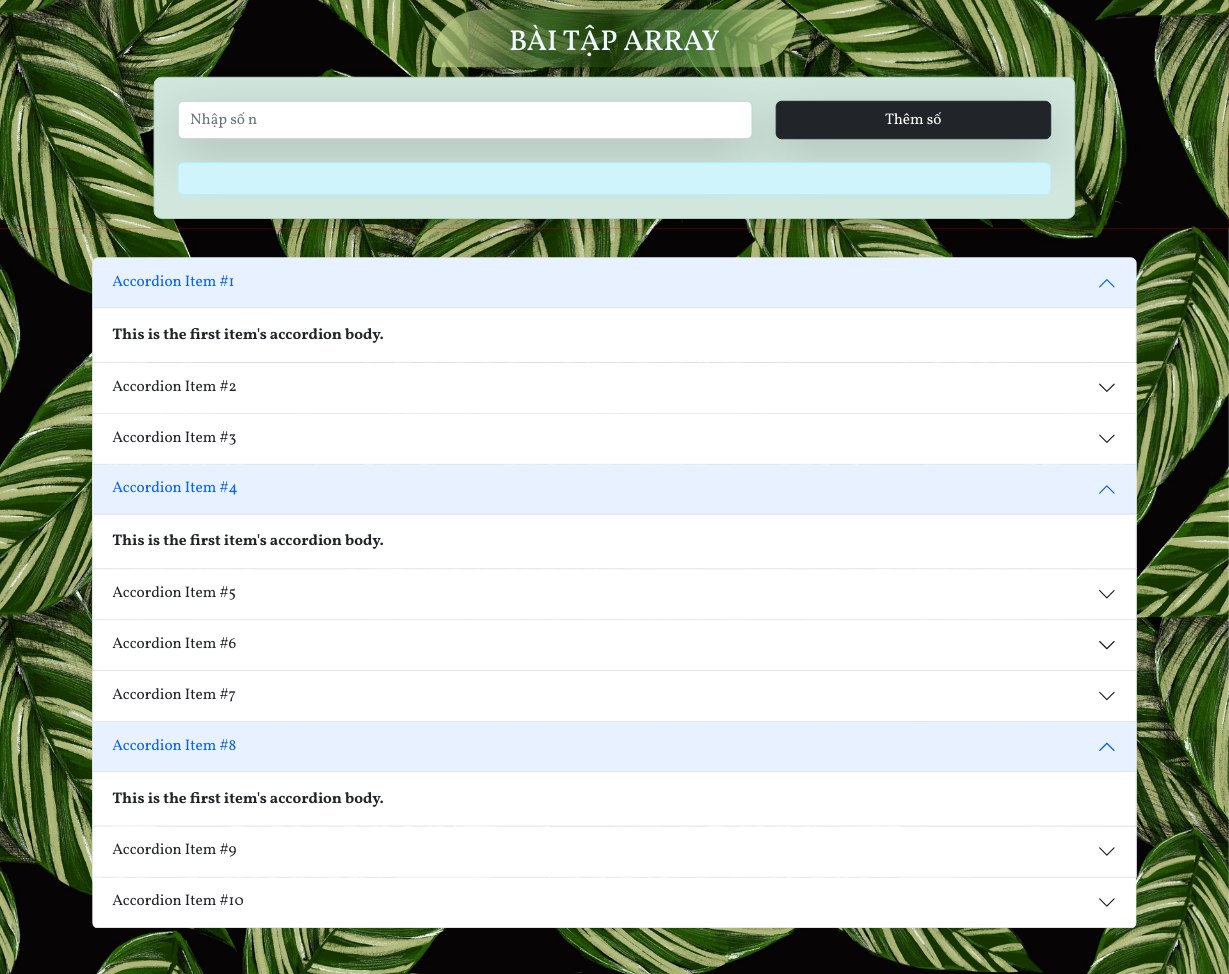
Repository: hcozyph/TranHuuPhuoc_BC43_BT_JS_Buoi7_8_ARRAY
Page: index.html
An editor plug-in stored every save of this project. The page is shown before and after the next save, followed by the edit.
The browser window is 1280 px wide. The pictures show the whole page, at 96% of full size.
Backgrounds fixed to the window are drawn as part of the page.

Above is the page before, as saved 2023-02-22 17:11:08.

### index.html
<!DOCTYPE html>
<html lang="en">
    <head>
        <title>BT Array</title>
        <!-- Required meta tags -->
        <meta charset="utf-8" />
        <meta
            name="viewport"
            content="width=device-width, initial-scale=1, shrink-to-fit=no"
        />
        <!-- font -->
        <link rel="preconnect" href="https://fonts.googleapis.com" />
        <link rel="preconnect" href="https://fonts.gstatic.com" crossorigin />
        <link
            href="https://fonts.googleapis.com/css2?family=Fraunces:ital,opsz,wght@0,9..144,600;0,9..144,700;1,9..144,300;1,9..144,400;1,9..144,500;1,9..144,600;1,9..144,700;1,9..144,800&family=Vollkorn:ital,wght@0,400;0,500;0,600;0,700;0,800;0,900;1,400;1,500;1,600;1,700;1,800;1,900&display=swap"
            rel="stylesheet"
        />
        <!-- Bootstrap CSS v5.2.1 -->
        <link
            href="https://cdn.jsdelivr.net/npm/bootstrap@5.2.1/dist/css/bootstrap.min.css"
            rel="stylesheet"
            integrity="sha384-iYQeCzEYFbKjA/T2uDLTpkwGzCiq6soy8tYaI1GyVh/UjpbCx/TYkiZhlZB6+fzT"
            crossorigin="anonymous"
        />

        <!-- index.css -->
        <link rel="stylesheet" href="./css/index.css" />
    </head>

    <body>
        <div class="container">
            <div class="bt-array-top">
                <div class="bt-array-title pt-2 shadow-lg">
                    <h1
                        class="text-center shadow-lg p-2"
                        ;
                        style="font-size: 30px"
                    >
                        BÀI TẬP ARRAY
                    </h1>
                </div>

                <div
                    id="mainArray"
                    class="alert alert-success rounded-3 shadow p-4"
                    style="margin: 10px auto; width: 75%"
                >
                    <div class="row row-cols-3">
                        <div class="col-8">
                            <input
                                id="user-input"
                                type="number"
                                class="form-control shadow-lg py-2"
                                placeholder="Nhập số n"
                                style="height: 100%"
                            />
                        </div>
                        <div class="col">
                            <button
                                id="user-btn"
                                class="btn btn-dark shadow-lg"
                                style="height: 100%; width: 100%"
                            >
                                Thêm số
                            </button>
                        </div>
                    </div>

                    <div
                        class="alert alert-info mt-4 mb-0 text-break"
                        style="display: block"
                        role="alert"
                    >
                        <span id="user-array"></span>
                    </div>
                </div>
            </div>

            <div class="bt-array-content p-xl-5 p-4 mx-5">
                <div class="accordion" id="accordionExample">
                    <!-- Task 1 -->
                    <div class="accordion-item" id="bt1">
                        <h2 class="accordion-header" id="headingOne">
                            <button
                                class="accordion-button"
                                type="button"
                                data-bs-toggle="collapse"
                                data-bs-target="#collapseOne"
                                aria-expanded="true"
                                aria-controls="collapseOne"
                            >
                                Accordion Item #1
                            </button>
                        </h2>
                        <div
                            id="collapseOne"
                            class="accordion-collapse collapse show"
                            aria-labelledby="headingOne"
                            data-bs-parent="#accordionExample"
                        >
                            <div class="accordion-body">
                                <strong
                                    >This is the first item's accordion
                                    body.</strong
                                >
                            </div>
                        </div>
                    </div>
                    <!-- End-Task 1 -->

                    <!-- Task 2 -->
                    <div class="accordion-item">
                        <h2 class="accordion-header" id="headingTwo">
                            <button
                                class="accordion-button collapsed"
                                type="button"
                                data-bs-toggle="collapse"
                                data-bs-target="#collapseTwo"
                                aria-expanded="false"
                                aria-controls="collapseTwo"
                            >
                                Accordion Item #2
                            </button>
                        </h2>
                        <div
                            id="collapseTwo"
                            class="accordion-collapse collapse"
                            aria-labelledby="headingTwo"
                            data-bs-parent="#accordionExample"
                        >
                            <div class="accordion-body">
                                <strong
                                    >This is the second item's accordion
                                    body.</strong
                                >
                            </div>
                        </div>
                    </div>
                    <!-- End-Task 2 -->

                    <!-- Task 3 -->
                    <div class="accordion-item">
                        <h2 class="accordion-header" id="headingThree">
                            <button
                                class="accordion-button collapsed"
                                type="button"
                                data-bs-toggle="collapse"
                                data-bs-target="#collapseThree"
                                aria-expanded="false"
                                aria-controls="collapseThree"
                            >
                                Accordion Item #3
                            </button>
                        </h2>
                        <div
                            id="collapseThree"
                            class="accordion-collapse collapse"
                            aria-labelledby="headingThree"
                            data-bs-parent="#accordionExample"
                        >
                            <div class="accordion-body">
                                <strong
                                    >This is the third item's accordion
                                    body.</strong
                                >
                            </div>
                        </div>
                    </div>
                    <!-- End-Task 3 -->

                    <!-- Task 4 -->
                    <div class="accordion-item">
                        <h2 class="accordion-header" id="headingFour">
                            <button
                                class="accordion-button"
                                type="button"
                                data-bs-toggle="collapse"
                                data-bs-target="#collapseFour"
                                aria-expanded="true"
                                aria-controls="collapseFour"
                            >
                                Accordion Item #4
                            </button>
                        </h2>
                        <div
                            id="collapseFour"
                            class="accordion-collapse collapse show"
                            aria-labelledby="headingFour"
                            data-bs-parent="#accordionExample"
                        >
                            <div class="accordion-body">
                                <strong
                                    >This is the first item's accordion
                                    body.</strong
                                >
                            </div>
                        </div>
                    </div>
                    <!-- End-Task 4 -->

                    <!-- Task 5 -->
                    <div class="accordion-item">
                        <h2 class="accordion-header" id="headingFive">
                            <button
                                class="accordion-button collapsed"
                                type="button"
                                data-bs-toggle="collapse"
                                data-bs-target="#collapseFive"
                                aria-expanded="false"
                                aria-controls="collapseFive"
                            >
                                Accordion Item #5
                            </button>
                        </h2>
                        <div
                            id="collapseFive"
                            class="accordion-collapse collapse"
                            aria-labelledby="headingFive"
                            data-bs-parent="#accordionExample"
                        >
                            <div class="accordion-body">
                                <strong
                                    >This is the second item's accordion
                                    body.</strong
                                >
                            </div>
                        </div>
                    </div>
                    <!-- End-Task 5 -->

                    <!-- Task 6 -->
                    <div class="accordion-item">
                        <h2 class="accordion-header" id="headingSix">
                            <button
                                class="accordion-button collapsed"
                                type="button"
                                data-bs-toggle="collapse"
                                data-bs-target="#collapseSix"
                                aria-expanded="false"
                                aria-controls="collapseSix"
                            >
                                Accordion Item #6
                            </button>
                        </h2>
                        <div
                            id="collapseSix"
                            class="accordion-collapse collapse"
                            aria-labelledby="headingSix"
                            data-bs-parent="#accordionExample"
                        >
                            <div class="accordion-body">
                                <strong
                                    >This is the third item's accordion
                                    body.</strong
                                >
                            </div>
                        </div>
                    </div>
                    <!-- End-Task 6 -->

                    <!-- Task 7 -->
                    <div class="accordion-item">
                        <h2 class="accordion-header" id="headingSeven">
                            <button
                                class="accordion-button collapsed"
                                type="button"
                                data-bs-toggle="collapse"
                                data-bs-target="#collapseSeven"
                                aria-expanded="false"
                                aria-controls="collapseSeven"
                            >
                                Accordion Item #7
                            </button>
                        </h2>
                        <div
                            id="collapseSeven"
                            class="accordion-collapse collapse"
                            aria-labelledby="headingSeven"
                            data-bs-parent="#accordionExample"
                        >
                            <div class="accordion-body">
                                <strong
                                    >This is the third item's accordion
                                    body.</strong
                                >
                            </div>
                        </div>
                    </div>
                    <!-- End-Task 7 -->

                    <!-- Task 8 -->
                    <div class="accordion-item">
                        <h2 class="accordion-header" id="headingEight">
                            <button
                                class="accordion-button"
                                type="button"
                                data-bs-toggle="collapse"
                                data-bs-target="#collapseEight"
                                aria-expanded="true"
                                aria-controls="collapseEight"
                            >
                                Accordion Item #8
                            </button>
                        </h2>
                        <div
                            id="collapseEight"
                            class="accordion-collapse collapse show"
                            aria-labelledby="headingEight"
                            data-bs-parent="#accordionExample"
                        >
                            <div class="accordion-body">
                                <strong
                                    >This is the first item's accordion
                                    body.</strong
                                >
                            </div>
                        </div>
                    </div>
                    <!-- End-Task 8 -->

                    <!-- Task 9 -->
                    <div class="accordion-item">
                        <h2 class="accordion-header" id="headingNine">
                            <button
                                class="accordion-button collapsed"
                                type="button"
                                data-bs-toggle="collapse"
                                data-bs-target="#collapseNine"
                                aria-expanded="false"
                                aria-controls="collapseNine"
                            >
                                Accordion Item #9
                            </button>
                        </h2>
                        <div
                            id="collapseNine"
                            class="accordion-collapse collapse"
                            aria-labelledby="headingNine"
                            data-bs-parent="#accordionExample"
                        >
                            <div class="accordion-body">
                                <strong
                                    >This is the second item's accordion
                                    body.</strong
                                >
                            </div>
                        </div>
                    </div>
                    <!-- End-Task 9 -->

                    <!-- Task 10 -->
                    <div class="accordion-item">
                        <h2 class="accordion-header" id="headingTen">
                            <button
                                class="accordion-button collapsed"
                                type="button"
                                data-bs-toggle="collapse"
                                data-bs-target="#collapseTen"
                                aria-expanded="false"
                                aria-controls="collapseTen"
                            >
                                Accordion Item #10
                            </button>
                        </h2>
                        <div
                            id="collapseTen"
                            class="accordion-collapse collapse"
                            aria-labelledby="headingTen"
                            data-bs-parent="#accordionExample"
                        >
                            <div class="accordion-body">
                                <strong
                                    >This is the third item's accordion
                                    body.</strong
                                >
                            </div>
                        </div>
                    </div>
                    <!-- End-Task 10 -->
                </div>
            </div>
        </div>

        <!-- Bootstrap JavaScript Libraries -->
        <script
            src="https://cdn.jsdelivr.net/npm/@popperjs/core@2.11.6/dist/umd/popper.min.js"
            integrity="sha384-oBqDVmMz9ATKxIep9tiCxS/Z9fNfEXiDAYTujMAeBAsjFuCZSmKbSSUnQlmh/jp3"
            crossorigin="anonymous"
        ></script>

        <script
            src="https://cdn.jsdelivr.net/npm/bootstrap@5.2.1/dist/js/bootstrap.min.js"
            integrity="sha384-7VPbUDkoPSGFnVtYi0QogXtr74QeVeeIs99Qfg5YCF+TidwNdjvaKZX19NZ/e6oz"
            crossorigin="anonymous"
        ></script>

        <!-- method.js -->
        <link rel="stylesheet" href="./js/method.js" />

        <!-- index.js -->
        <script src="./js/index.js"></script>
    </body>
</html>

### css/index.css
* {
    margin: 0;
    padding: 0;
    box-sizing: border-box;
    font-family: "Fraunces", serif;
    font-family: "Vollkorn", serif;
}

.container {
    margin: 0 auto;
    max-width: 1440px;
    overflow: hidden;
    padding: 0;

    background-image: url(../img/2.jpg);
    background-size: cover;
    background-position: inherit;
    background-repeat: no-repeat;
    background-attachment: fixed;

    /* height: 1000px; */
    position: relative;
}

.bt-array-top {
    position: fixed;
    width: 100%;
    padding-top: 10px;
    background-color: red;

    background-image: url(../img/2.jpg);
    background-size: cover;
    background-position: inherit;
    background-repeat: no-repeat;
    background-attachment: fixed;
    z-index: 5;
}

.bt-array-title {
    display: block;
    width: 380px;
    margin: 0 auto;
    border-radius: 80px 10px 80px 10px;

    font-size: 40px;
    font-weight: 700;
    /* background-color: red; */
    color: aliceblue;
    background: rgb(156, 173, 110);
    background: linear-gradient(
        90deg,
        rgba(198, 219, 142, 0.75) 0%,
        rgba(156, 173, 110, 0.75) 10%,
        rgba(60, 94, 39, 0.75) 25%,
        rgba(68, 112, 49, 0.75) 29%,
        rgba(27, 57, 5, 0.75) 49%,
        rgba(66, 114, 50, 0.75) 63%,
        rgba(90, 139, 69, 0.75) 74%,
        rgba(184, 203, 130, 0.75) 95%
    );
}

.bt-array-content {
    padding-top: 280px;
}
.accordion {
    padding-top: 220px;
}

.accordion-button:focus {
    border: none;
    box-shadow: none;
}

### js/index.js
/* function getElementByID*/
function ID(n) {
    return document.getElementById("n");
}

/* End-function getElementByID*/

/*create-array*/
var mainArray = [];

document.getElementById("user-btn").onclick = function () {
    //input: userInput
    var userInput = Number(document.getElementById("user-input").value);

    //output: mainArray

    //process
    mainArray.push(userInput);

    document.getElementById("user-array").innerHTML = mainArray;
};

/*End-create-array*/

Loaded but not shown: js/method.js (no stored copy; drawn as an empty file)

After the next save:
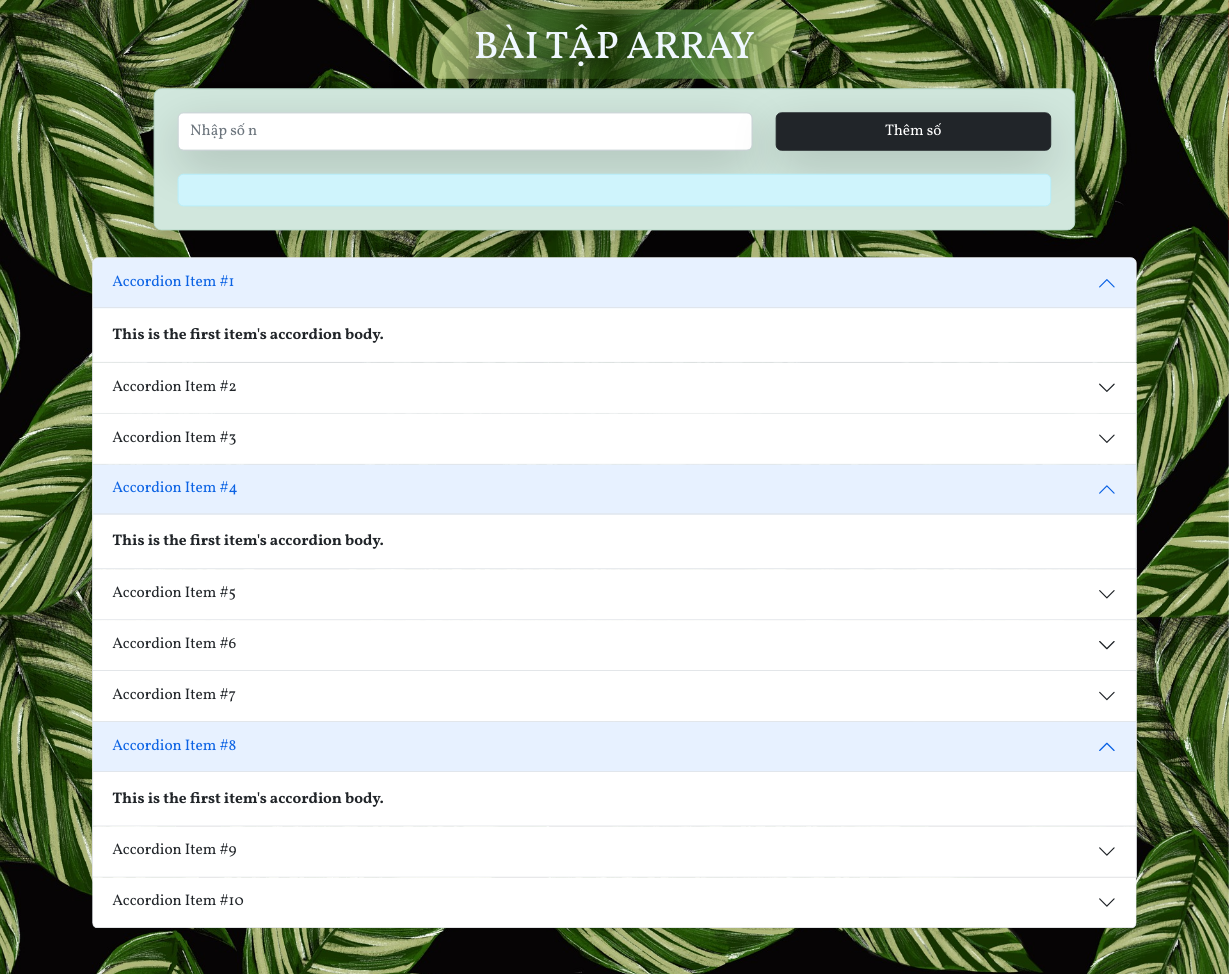
Saved 74 s later.
--- a/index.html
+++ b/index.html
@@ -31,13 +31,7 @@
         <div class="container">
             <div class="bt-array-top">
                 <div class="bt-array-title pt-2 shadow-lg">
-                    <h1
-                        class="text-center shadow-lg p-2"
-                        ;
-                        style="font-size: 30px"
-                    >
-                        BÀI TẬP ARRAY
-                    </h1>
+                    <h1 class="text-center shadow-lg p-2" ;>BÀI TẬP ARRAY</h1>
                 </div>
 
                 <div
